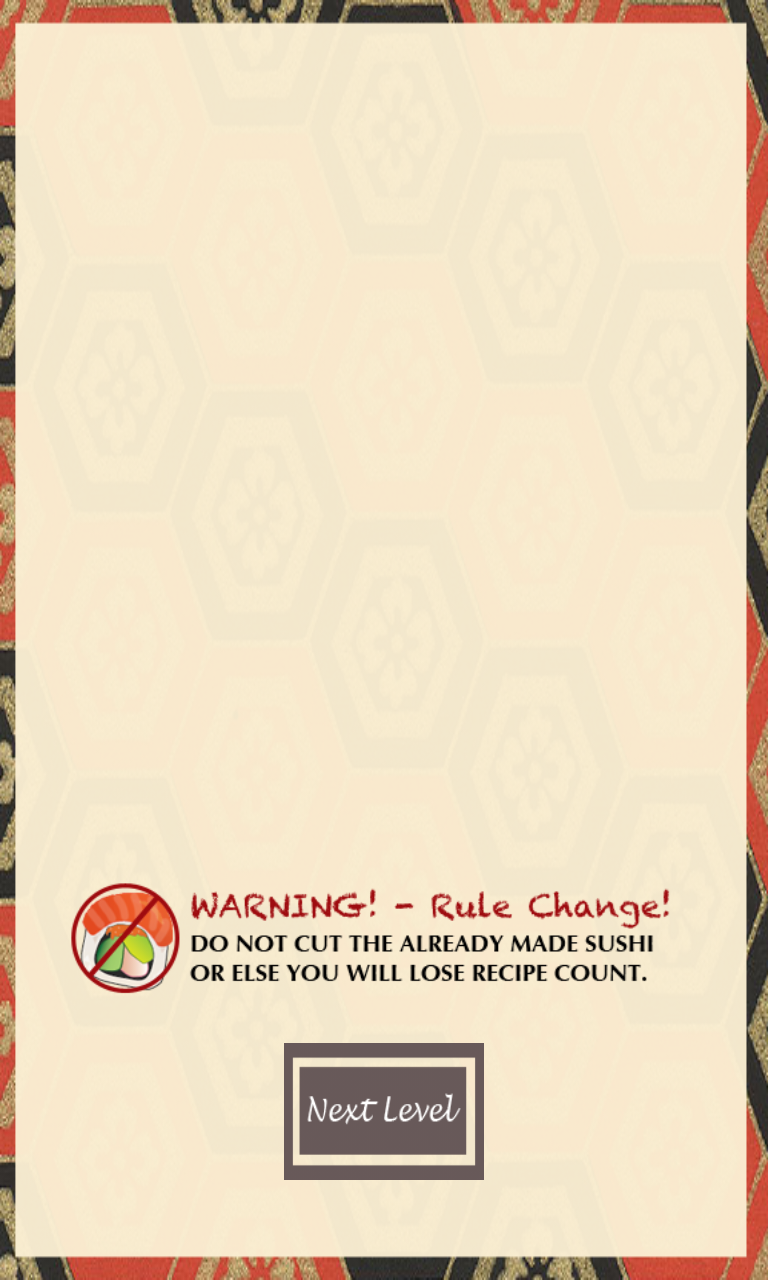
Repository: Kreispy/Sushi-Samurai
Layout: SushiNinja/res/layout/dialog.xml
An editor plug-in stored every save of this project. The layout is shown before and after the next save, followed by the edit.
It is drawn on a 768 x 1280 px phone screen (xhdpi) without system bars, with theme AppTheme; the app's code is not run.

Above is the layout before, as saved 2013-04-27 04:40:41.

After the next save:
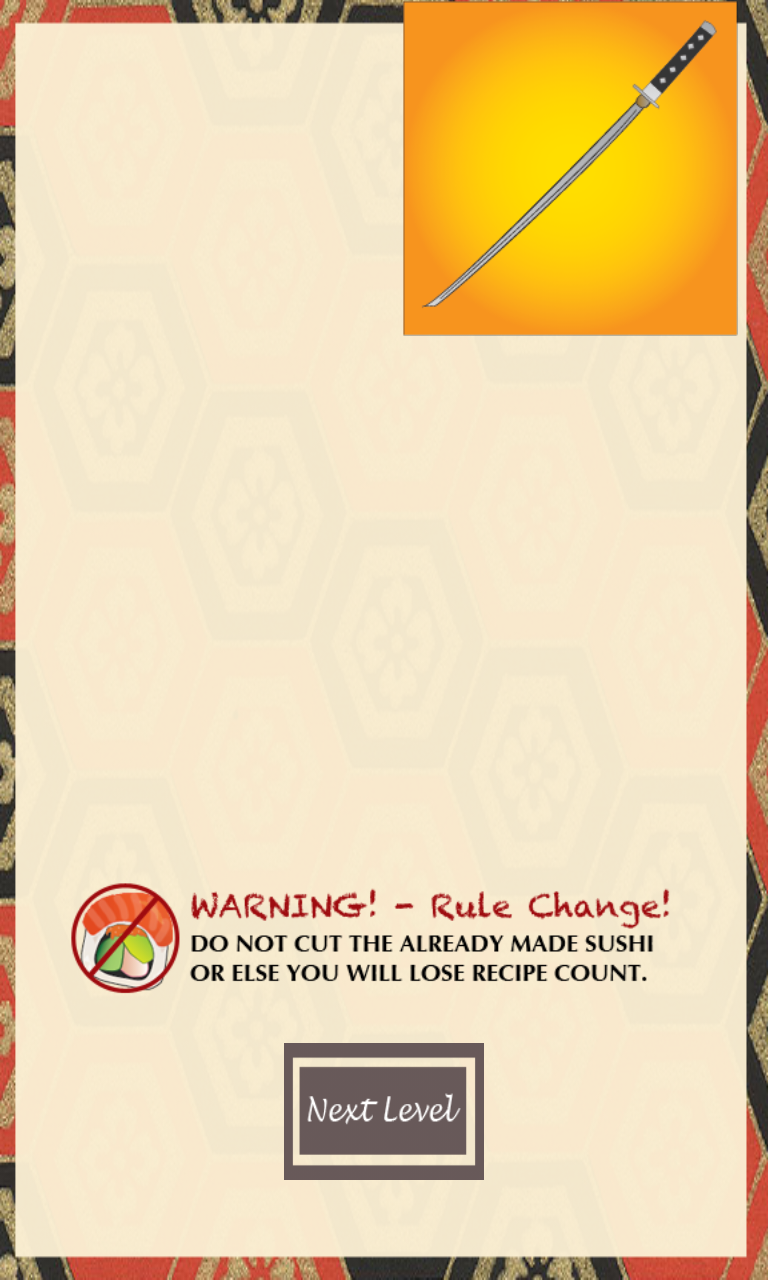
Saved 18 s later.
--- a/SushiNinja/res/layout/dialog.xml
+++ b/SushiNinja/res/layout/dialog.xml
@@ -10,6 +10,7 @@
          android:layout_height="wrap_content"
          android:layout_alignParentRight="true"
          android:layout_marginRight="15dp"
+         android:src="@drawable/rank1"
          android:adjustViewBounds="true" />
 
     <TextView
